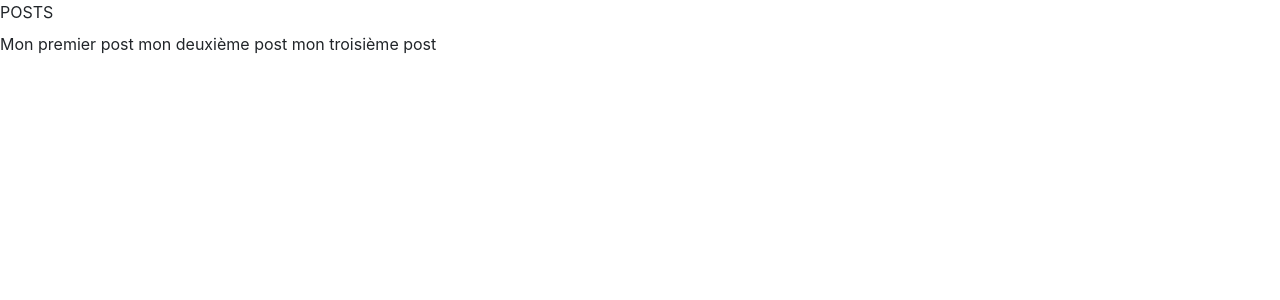
Repository: BillThePony/Ng-Blog-OC
Page: /
An editor plug-in stored every save of this project. The page is shown before and after a run of saves, followed by the edit.
The browser window is 1280 px wide. The pictures show the whole page.
The project was rebuilt for these pictures with package versions that can differ from the ones it lists, and the page was loaded fresh each time. Also part of the build but not shown: angular.json, src/app/post-list-item/post-list-item.component.ts.

Above is the page before, as saved 2018-10-08 15:13:33.

After the next 2 saves:
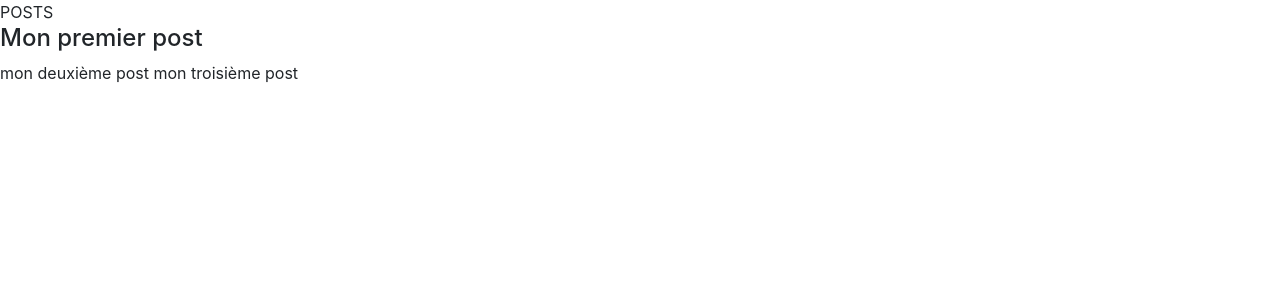
The 2 saves are shown as one change because they came seconds apart.
The last was saved 7 s later.
--- a/src/app/post-list/post-list.component.html
+++ b/src/app/post-list/post-list.component.html
@@ -1,6 +1,6 @@
 <li class="list-item-group">
   <div>
-    <h4></h4>{{post1}}
+    <h4>{{post1}}</h4>
 
     {{post2}}
 
